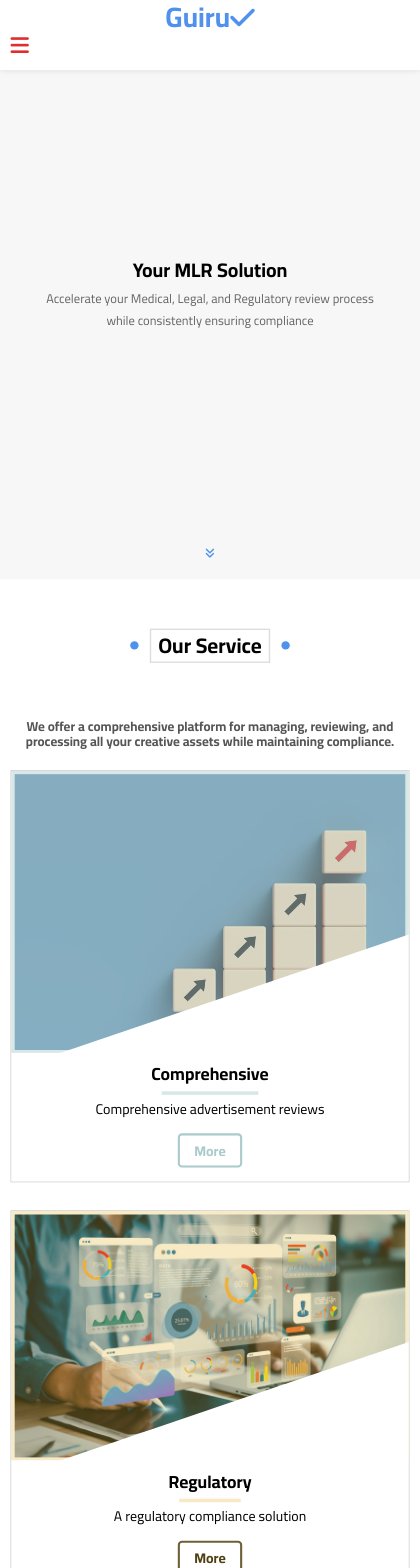
Repository: AsmaaAlothman/Templet-1-website
Page: home.html
The author's editor kept a copy of each file at every save. The page is drawn from the files as they stood at one save, then again after a run of saves.
The browser window is 600 px wide. The pictures show the part of the page from y = 0 to 2240 px (the page is 5240 px tall), at 70% of full size.

Above is the page before, as saved 2024-08-31 13:41:36.

### home.html
<!DOCTYPE html>
<html lang="en">

<head>
    <meta charset="UTF-8" />
    <meta name="viewport" content="width=device-width, initial-scale=1.0" />
    <title>Guiru test</title>
    <!-- Render all elements normally-->
    <link rel="stylesheet" href="css/normalize.css" />
    <!-- Font Awesome library-->
    <link rel="stylesheet" href="css/all.min.css" />
    <link rel="preconnect" href="https://fonts.googleapis.com" />
    <!--Google Fonts Cairo-->
    <link href="https://fonts.googleapis.com/css2?family=Cairo:wght@200..1000&family=Work+Sans:ital,wght@0,100..900;1,100..900&display=swap" rel="stylesheet" />
    <!--Main template css file -->
    <link rel="stylesheet" href="css/home.css" />
</head>

<body>
    <!-- Start header -->
    <div class="header" id="header">
        <div class="container">

            <a href="#" class="logo"> Guiru <i class="fa-solid fa-check"></i></a>

            <ul class="main_nav">
                <li>
                    <a href="#partner_with_us" class="partner_with_us">partner with us</a>
                </li>
                <li><a href="#about-us">About Us</a></li>
                <li><a href="#contact-us">Contact Us</a></li>
                <li><a href="#login">Login</a></li>
                <li><a href="#home">Home</a></li>
            </ul>
            <label for="check" class="check-btn">
              <i class="fa-solid fa-bars"></i>
            </label>
        </div>
    </div>
    <!-- End header -->
    <!-- Start Landing -->
    <div class="landing">
        <div class="container">
            <div class="text">
                <h1>Your MLR Solution</h1>
                <p>
                    Accelerate your Medical, Legal, and Regulatory review process while consistently ensuring compliance
                </p>
            </div>
            <div class="image">
                <img src="images/landing_image2.jpg" alt="landing_image2" />
            </div>
        </div>
        <a href="#about-us" class="go_down">
            <i class="fa-solid fa-angles-down"></i>
        </a>
    </div>
    <!-- End Landing -->
    <!-- Start Service -->
    <div class="service" id="service">
        <h2 class="main-title">Our Service</h2>

        <h3>
            We offer a comprehensive platform for managing, reviewing, and processing all your creative assets while maintaining compliance.
        </h3>

        <div class="container">
            <div class="box comprehensive">
                <div class="img-holder">
                    <img src="images/service-image1.jpg" alt="" />
                </div>
                <h2>Comprehensive</h2>
                <p>Comprehensive advertisement reviews</p>
                <a href="#">More</a>
            </div>
            <div class="box regulatory">
                <div class="img-holder">
                    <img src="images/service-image2.jpg" alt="" />
                </div>
                <h2>Regulatory</h2>
                <p>A regulatory compliance solution</p>
                <a href="#">More</a>
            </div>
            <div class="box guidance">
                <div class="img-holder">
                    <img src="images/service-image3.jpg" alt="" />
                </div>
                <h2>Guidance</h2>
                <p>Guidance to improve advertisement effectiveness</p>
                <a href="#">More</a>
            </div>
        </div>
    </div>
    <!-- End service -->
    <!-- Start About US Section -->
    <div class="about-us" id="about-us">
        <div class="container">
            <h2 class="main-title">About Us</h2>
            <h3>
                At Guiru, we are dedicated to offering the best solutions for your MLR needs. Our team will ensure you campaigns meet all necessary regulations needs and achieve maximum impact.
            </h3>
            <div class="box">
                <div class="details">
                    <img src="images/about-us.png" alt="about-us" />
                </div>
            </div>
        </div>
    </div>
    <!-- End About US Section -->

    <!-- Start Our Value Section -->
    <div class="our-value" id="our-value">
        <h2 class="main-title">Our Value</h2>
        <div class="container">
            <img src="images/our-values.jpg" alt="" class="image" style="width: 600px; height: 400px" />
            <div class="info">
                <div class="box">
                    <img src="images/our-values2.png" alt="" />
                    <div class="text">
                        <h3>Integrity</h3>
                        <p>
                            We uphold the highest standards of integrity in all our actions.
                        </p>
                    </div>
                </div>
                <div class="box">
                    <img src="images/our-values3.png" alt="" />
                    <div class="text">
                        <h3>Excellence</h3>
                        <p>We strive for excellence in everything we do.</p>
                    </div>
                </div>
                <div class="box">
                    <img src="images/our-values4.png" alt="" />
                    <div class="text">
                        <h3>Innovation</h3>
                        <p>
                            We encourage innovation to meet challenges and improve our services.
                        </p>
                    </div>
                </div>
            </div>
        </div>
    </div>
    <!-- End Our value Section -->

    <!-- Start Footer -->
    <div class="footer" id="footer">
        <div class="container">
            <img src="images/logo-Guiru.png" alt="logo-footer" />
            <div class="footer-links">
                <a href="#about-us"><i class="fa-regular fa-address-card"> About Us </i></a
          >
          <a href="#contact-us"
            ><i class="fa-solid fa-headset"> Contact Us </i>
          </a>
                <a href="#privacy-policy"><i class="fa-solid fa-arrow-right-to-bracket"> Privacy Policy </i>
          </a>
            </div>
            <p class="copyright">
                &copy; 2024 <span>Guiru</span> All rights reserved.
            </p>
        </div>
    </div>
    <!-- End Footer -->
</body>

</html>

### css/home.css
/* Start global rules : */

* {
    -webkit-box-sizing: border-box;
    -moz-box-sizing: border-box;
    box-sizing: border-box;
    padding: 0px;
    margin: 0px;
}

html {
    scroll-behavior: smooth;
}

:root {
    --main-color: #4f91ed;
    --main-color-alt: #125bc2bd;
    --hover-main-color: #c5c9cf23;
    --icon-color-hover: #accef577;
    --main-transition: 0.3s;
    --main-padding-top: 70px;
    --main-padding-bottom: 70px;
    --second-section-background-color: #d2d7d831;
    --main-section-background-color: white;
    --footer-background-color: rgba(46, 69, 92, 0.486);
    --paragraph-text-color: #555;
    --main-box-shadow: 0 12px 20px 0 rgba(0, 0, 0, 0.048), 0 2px 4px 0 rgb(0 0 0/12%);
}

body {
    font-family: "Cairo", sans-serif;
    /* font-family: "Work Sans", sans-serif;*/
}

a {
    text-decoration: none;
}

ul {
    list-style: none;
}


/* End global rules  */

.parent {
    background-color: #eee;
}

.container {
    padding-left: 15px;
    padding-right: 15px;
    margin-left: auto;
    margin-right: auto;
    /* background-color: #ececec; */
}

img {
    /* padding-left: 15px;
    padding-right: 15px; */
    margin-left: auto;
    margin-right: auto;
    display: block;
    /* background-color: var(--main-color); */
}


/* Start media query  */

@media (min-width: 768px) {
    .container {
        width: 970px;
    }
}

@media (min-width: 992px) {
    .container {
        width: 970px;
    }
}

@media (min-width: 1200px) {
    .container {
        width: 1170px;
    }
}


/* End media query  */


/* Start Style Main title */

.main-title {
    margin: 0 auto 80px;
    border: 2px solid #e1dcdc;
    padding: 5px 10px;
    font-size: 30px;
    width: fit-content;
    position: relative;
    z-index: 1;
    transition: var(--main-transition);
}

.main-title::after,
.main-title::before {
    content: "";
    width: 12px;
    height: 12px;
    background-color: var(--main-color);
    position: absolute;
    border-radius: 50%;
    top: 50%;
    transform: translateY(-50%);
}

.main-title::after {
    right: -30px;
}

.main-title::before {
    left: -30px;
}

.main-title:hover::before {
    z-index: -1;
    animation: left-move 0.3s linear forwards;
}

.main-title:hover::after {
    z-index: -1;
    animation: right-move 0.3s linear forwards;
}

.main-title:hover {
    color: white;
    border: 2px solid white;
    transition-delay: 0.2s;
}


/* End Style Main title */


/* Start header */

.header {
    background-color: white;
    position: relative;
    -webkit-box-shadow: 0 0 10px#ddd;
    -moz-box-shadow: 0 0 10px#ddd;
    box-shadow: 0 0 10px#ddd;
}

.header .container {
    display: flex;
    background-color: white;
    justify-content: space-between;
    align-items: center;
    flex-wrap: wrap;
    position: relative;
}

.header .logo {
    color: var(--main-color);
    font-size: 40px;
    font-weight: bold;
    /*  height: 72px; للحفاظ على ارتفاع الهيدر حتى لو اختلف حجم المين  */
    height: 72px;
    display: flex;
    justify-content: center;
    align-items: center;
}


/* start responsive media for logo selector : */

@media (max-width: 767px) {
    .header .logo {
        width: 100%;
        height: 50px;
    }
}


/*end responsive media for logo selector : */

.header .main_nav {
    display: flex;
}


/* start responsive media for main_nav selector : */

.header .main_nav>li>a {
    height: 80px;
    letter-spacing: 2px;
    font-size: 20px;
    display: flex;
    justify-content: center;
    align-items: center;
    position: relative;
    color: black;
    padding: 0px 25px;
    transition: var(--main-transition);
    overflow: hidden;
}


/* start responsive media for li > a selector : */

@media (max-width: 767px) {
    .header .main_nav>li>a {
        padding: 10px;
        height: 40px;
        font-size: 14px;
    }
}

@media (max-width: 767px) {
    .header .main_nav {
        flex-direction: column;
        gap: 0;
        padding: 5px;
        margin: auto;
    }
}

.check-btn {
    font-size: 30px;
    color: rgb(223, 46, 46);
    cursor: pointer;
    display: none;
}

@media (max-width: 767px) {
    .check-btn {
        display: flex;
        margin-bottom: 20px;
        justify-content: end;
    }
    .header .main_nav {
        display: none;
    }
    .header .container {
        justify-self: unset;
    }
}


/* End header */


/* Start Landing */

.landing {
    position: relative;
    background-color: var(--second-section-background-color);
}

.landing .container {
    min-height: calc(100vh - 72px);
    display: flex;
    align-items: center;
    padding-bottom: 75px;
}

.landing .text {
    flex: 1;
}

@media (max-width: 991px) {
    .landing .text {
        text-align: center;
    }
}

.landing .text h1 {
    font-size: 37px;
    margin: 0;
    letter-spacing: 0px;
}


/*start response mobile screen size */

@media (max-width: 767px) {
    .landing .text h1 {
        font-size: 28px;
    }
}


/*end response mobile screen size */

.landing .text p {
    font-size: 22px;
    margin: 5px 0 0;
    line-height: 1.7;
    color: #666;
    max-width: 500px;
}

@media (max-width: 991px) {
    .landing .text p {
        margin: 10px auto;
    }
}


/*start response mobile screen size */

@media (max-width: 767px) {
    .landing .text p {
        font-size: 18px;
    }
}


/*end response mobile screen size */

.landing .image img {
    position: relative;
    width: 400px;
    /* وحطينا زمن 5 ثواني يروح ويرجع up-and-down الانيميشن هون سميتو ع كيفي  */
    /* الانيميشن بعتمد عالبوزشن لازم يكون ريليتف */
    /* بننزل بننشئ الانيميشن تحت بنفس هاد الاسم  */
    animation: up-and-down 5s linear infinite;
}

@media (max-width: 991px) {
    .landing .image {
        display: none;
    }
}

.landing .go_down {
    color: var(--main-color);
    position: absolute;
    bottom: 30px;
    left: 50%;
    transform: translateX(-50%);
    transition: var(--main-transition);
}

.landing .go_down:hover {
    color: var(--main-color-alt);
}

.landing .go_down i {
    animation: bouncing 1.5s infinite;
}


/* End landing */


/* Start service */

.service {
    padding-top: var(--main-padding-top);
    padding-bottom: var(--main-padding-bottom);
    position: relative;
    background-color: var(--main-section-background-color);
}

.service .container {
    display: grid;
    grid-template-columns: repeat(auto-fill, minmax(300px, 1fr));
    gap: 40px;
}

.service h3 {
    color: var(--paragraph-text-color);
    display: block;
    padding-bottom: 30px;
    max-width: 100%;
    text-align: center;
    margin: auto;
}

.service .box {
    text-align: center;
    border: 1px solid #ccc;
}

.service .container .img-holder {
    position: relative;
    overflow: hidden;
}

.service .container .img-holder::before {
    content: "";
    position: absolute;
    top: -1px;
    left: 0;
    height: 100%;
    width: 100%;
    /* background-color: #b657e257; */
}

.service .container .img-holder::after {
    content: "";
    position: absolute;
    bottom: 0;
    right: 0;
    border-style: solid;
    border-width: 0 0 170px 500px;
    border-color: transparent transparent white transparent;
    transition: var(--main-transition);
}

.service .container .img-holder img {
    max-width: 100%;
    padding: 5px;
}

.service .box:hover .img-holder::after {
    border-width: 0 465px 0 0;
}

.service .box h2 {
    position: relative;
    font-size: 25px;
    margin: 15px auto;
    width: fit-content;
}

.service .box h2::after {
    content: "";
    position: absolute;
    bottom: -15px;
    left: 15px;
    height: 5px;
    width: calc(100% - 30px);
    /* background-color: red; */
}

.service .box p {
    line-height: 2;
    font-size: 20px;
    color: var(--paragraph-color);
    margin: 15px 15px;
    padding: 0;
}

.service .box a {
    display: block;
    border: 3px solid transparent;
    width: fit-content;
    margin: 0 auto 20px;
    font-size: 20px;
    font-weight: bold;
    padding: 10px 20px;
    border-radius: 6px;
    transition: var(--main-transition);
}

.service .box:hover a {
    background-position: left bottom;
    color: rgb(39, 37, 37);
}


/*اللي فوق الصورة overlayهاد الجزء الخاص بال    */

.service .comprehensive .img-holder::before {
    background-color: #aacacb75;
}


/* comprehensive  /guidance /regulatory هاد لون الباك جراوند اللي تحت الهيدر تبع القسم يعني تحت كلمة  */

.service .comprehensive h2::after {
    background-color: #aacacb75;
}

.service .comprehensive a {
    color: #aacacb;
    border-color: #aacacb;
    background: linear-gradient(to right, #aacacb75 50%, white 50%);
    background-size: 200% 100%;
    background-position: right bottom;
}


/* ---------------------------------- */

.service .regulatory .img-holder::before {
    background-color: #e0ad1f41;
}

.service .regulatory h2::after {
    background-color: #e0ad1f41;
}

.service .regulatory a {
    color: #503f10;
    border-color: #6e6039;
    background: linear-gradient(to right, #e0ad1f41 50%, white 50%);
    background-size: 200% 100%;
    background-position: right bottom;
}


/* ---------------------------------- */

.service .guidance .img-holder::before {
    background-color: #b7cc8c71;
}

.service .guidance h2::after {
    background-color: #b7cc8c71;
}

.service .guidance a {
    color: #b7cc8c;
    border-color: #b7cc8c;
    background: linear-gradient(to right, #b7cc8c71 50%, white 50%);
    background-size: 200% 100%;
    background-position: right bottom;
}


/* End service */


/* Start About us Section */

.about-us {
    position: relative;
    padding-top: var(--main-padding-top);
    padding-bottom: var(--main-padding-bottom);
    background-color: var(--second-section-background-color);
}

.about-us .container {
    display: flex;
    align-items: center;
    flex-wrap: wrap;
    position: relative;
}

.about-us .container .box {
    display: grid;
    margin: auto;
    grid-template-columns: repeat(auto-fill, minmax(450px, 0fr));
    gap: 10px;
    padding: 5px;
    max-width: fit-content;
    background-color: transparent;
    border-radius: 6px;
    box-shadow: 0 12px 20px 0 rgb(0 0 0/13%), 0 2px 4px 0 rgb(0 0 0/12%);
}

.about-us .container .box img {
    max-width: 60%;
    transition: var(--main-transition);
    border-radius: 6px;
}

@media (max-width: 767px) {
    .about-us .container .box img {
        max-width: 60%;
        transition: var(--main-transition);
        border-radius: 6px;
        margin-left: 40px;
    }
}

.about-us .container .box img:hover {
    transform: rotate(2deg) scale(1);
    transition-duration: 1s;
}

.about-us .container h3 {
    color: var(--paragraph-text-color);
    display: block;
    padding-bottom: 30px;
    max-width: 100%;
    text-align: center;
    margin: auto;
}


/* End About us Section */


/* Start Our value Section */

.our-value {
    padding-top: var(--main-padding-top);
    padding-bottom: var(--main-padding-bottom);
    position: relative;
    background-color: var(--section-background-color);
}

.our-value .container {
    display: flex;
    align-items: center;
    justify-content: space-between;
}

@media (max-width: 991px) {
    .our-value .container {
        flex-direction: column;
    }
}

.our-value .container .image {
    max-width: 100%;
    margin-right: 70px;
}

@media (max-width: 991px) {
    .our-value .image {
        margin: 0 0 50px;
    }
}

@media (max-width: 767px) {
    .our-value .container .image {
        display: none;
    }
}

.our-value .info .box {
    background-color: #8d9cb138;
    padding: 20px 15px;
    margin-bottom: 20px;
    border-radius: 6px;
    display: flex;
    align-items: center;
    border: 3px solid white;
    position: relative;
    z-index: 1;
}

@media (max-width: 991px) {
    .our-value .info .box {
        flex-direction: column;
        text-align: center;
    }
}

.our-value .info .box::before {
    content: "";
    position: absolute;
    background-color: rgba(131, 181, 209, 0.26);
    left: 50%;
    top: 50%;
    height: 0;
    width: 0;
    transform: translate(-50%, -50%);
    z-index: -1;
    transition: var(--main-transition);
}

.our-value .info .box:hover:before {
    height: 100%;
    width: 100%;
}

.our-value .info .box img {
    width: 120px;
    margin-left: 0;
    padding: 5px;
    border-radius: 15px;
}

@media (max-width: 991px) {
    .our-value .info .box img {
        margin: 0 0 30px;
    }
}

.our-value .container .info .box .text {
    padding: 0px 5px 0px 15px;
}

.our-value .container .info .box h3 {
    font-size: 20px;
    padding-bottom: 5px;
    margin: 0;
}

.our-value .container .info .box p {
    line-height: 1.7;
    color: var(--paragraph-color);
    margin: 10px 0 0;
    font-size: 18px;
}


/* End Our value Section */


/* Start Footer  */

.footer {
    padding-top: 50px;
    padding-bottom: 50px;
    background-color: var(--footer-background-color);
    position: relative;
    color: white;
    text-align: center;
}

.footer .container img {
    width: 200px;
}

.footer .footer-links {
    max-width: 100%;
    padding-top: 15px;
    display: flex;
    margin: 40px 0 20px;
    gap: 25px;
    justify-content: center;
    align-items: center;
    position: relative;
}

@media (max-width: 767px) {
    .footer .footer-links {
        padding-top: 10px;
        display: grid;
        margin: 30px 0 20px;
        gap: 30px;
        justify-content: center;
        align-items: center;
    }
}

.footer .footer-links a {
    display: block;
    font-size: 13px;
    letter-spacing: 4px;
    color: #0c4597c2;
    text-shadow: 0px 1px 7px white;
    border-bottom: 3px solid rgba(58, 79, 148, 0.918);
    border-radius: 6px;
    padding: 10px;
}

.footer .footer-links a:hover {
    font-weight: bolder;
    color: white;
    border: none;
    background-color: rgba(78, 107, 134, 0.37);
    box-shadow: var(--main-box-shadow);
    transition: var(--main-transition);
}

.footer .container {
    position: relative;
    max-width: 100%;
    max-height: 100%;
}

.footer .copyright {
    margin-top: 60px;
    padding: 20px;
}

.footer .copyright span {
    font-weight: bold;
    font-size: 20px;
    color: var(--main-color-alt);
}


/* End Footer  */


/* Start Create Animation  */

@keyframes up-and-down {
    0%,
    100% {
        top: 0;
    }
    50% {
        top: -50px;
    }
}

@keyframes left-move {
    50% {
        left: 0;
        width: 12px;
        height: 12px;
    }
    100% {
        left: 0;
        border-radius: 0;
        width: 100%;
        height: 100%;
    }
}

@keyframes right-move {
    50% {
        right: 0;
        width: 12px;
        height: 12px;
    }
    100% {
        right: 0;
        border-radius: 0;
        width: 100%;
        height: 100%;
    }
}


/* Start Create Animation  */

@keyframes up-and-down {
    0%,
    100% {
        top: 0;
    }
    50% {
        top: -50px;
    }
}

@keyframes left-move {
    50% {
        left: 0;
        width: 12px;
        height: 12px;
    }
    100% {
        left: 0;
        border-radius: 0;
        width: 100%;
        height: 100%;
    }
}

@keyframes right-move {
    50% {
        right: 0;
        width: 12px;
        height: 12px;
    }
    100% {
        right: 0;
        border-radius: 0;
        width: 100%;
        height: 100%;
    }
}


/* End Create Animation */

Loaded but not shown: css/normalize.css (library); css/all.min.css (library)

After the next 3 saves:
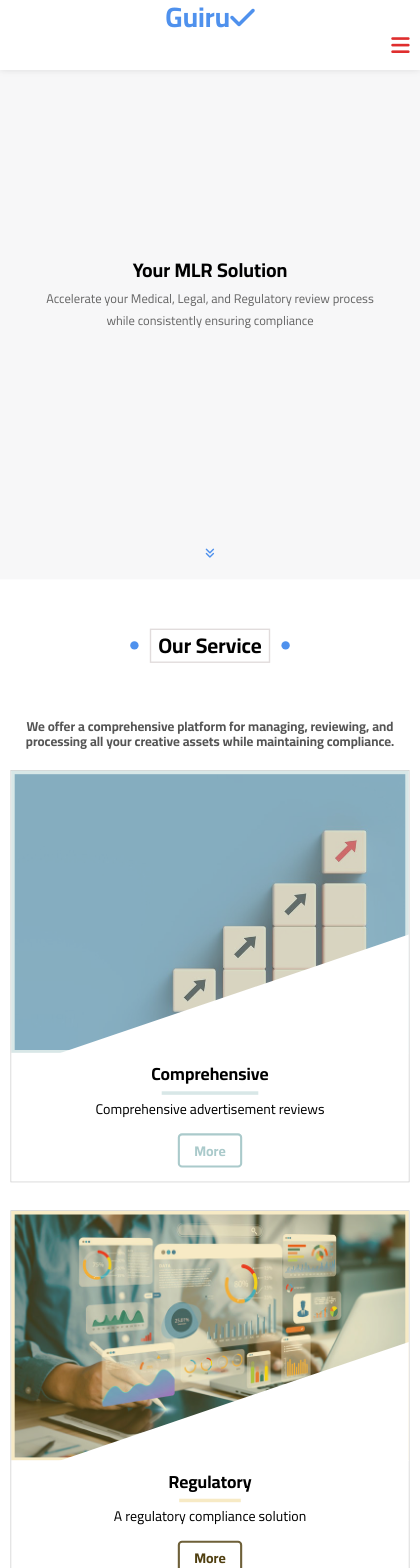
The 3 saves are shown as one change because they came seconds apart.
The last was saved 9 s later.
--- a/css/home.css
+++ b/css/home.css
@@ -243,7 +243,7 @@ img {
         display: none;
     }
     .header .container {
-        justify-self: unset;
+        justify-content: end;
     }
 }
 
